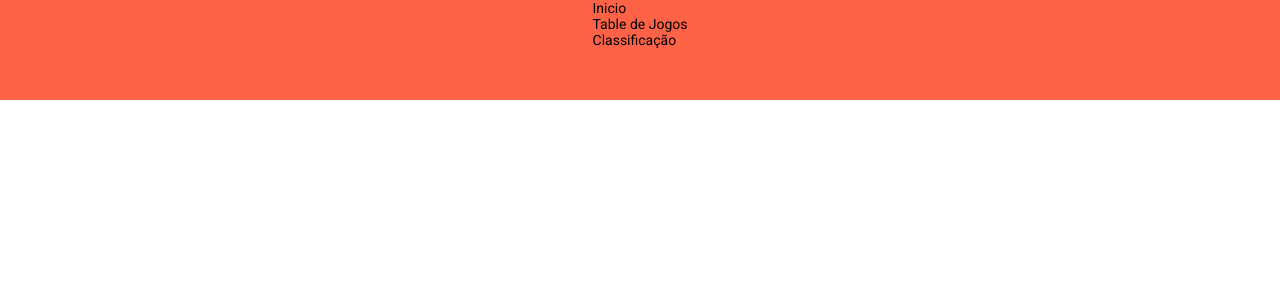
Repository: mayconndouglass/cup-simulator
Page: initial_page.html
These files come from the project's save history. The page is drawn as it stood at one moment and after the next save; the edit follows.
The browser window is 1280 px wide. The pictures show the whole page.

Above is the page before, as saved 2023-01-04 10:50:29.

### initial_page.html
<!DOCTYPE html>
<html lang="pt-br">

<head>
  <meta charset="UTF-8">
  <meta http-equiv="X-UA-Compatible" content="IE=edge">
  <meta name="viewport" content="width=device-width, initial-scale=1.0">
  <link rel="stylesheet" href="./css/initial_page.css">
  <title>Simulador Da Copa</title>
</head>

<body>
  <header>
    <nav>
      <ol>
        <li>Inicio</li>
        <li>Table de Jogos</li>
        <li>Classificação</li>
      </ol>
    </nav>
  </header>
  <main>
  </main>
</body>

</html>

### css/initial_page.css
@import url('https://fonts.googleapis.com/css2?family=Poppins:wght@200;300;400;500&family=Roboto:wght@300;400;500&display=swap');

* {
  padding: 0;
  margin: 0;
  box-sizing: border-box;
  list-style: none;
}

body {
  max-width: 1400px;
  margin: 0 auto;
}

header {
  display: flex;
  justify-content: center;
  flex-direction: row;
  width: 100%;
  height: 100px;
  background-color: tomato;
  font-family: 'Roboto', sans-serif;
  font-weight: 400;
  font-size: 14px;
}

After the next save:
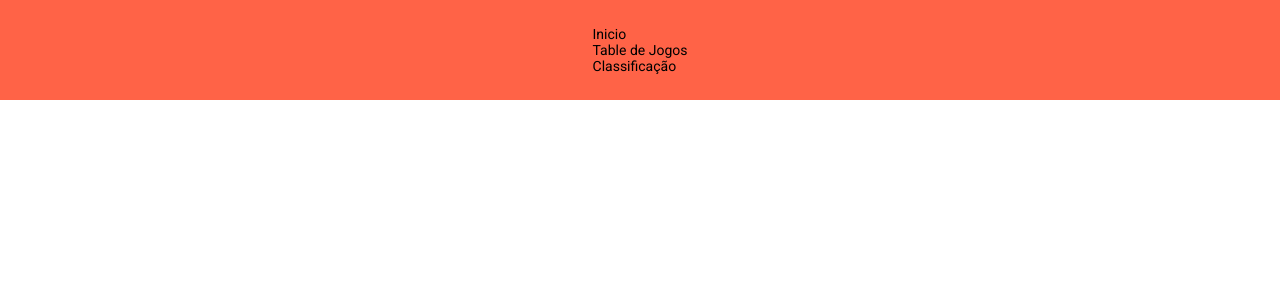
Saved 8 s later.
--- a/css/initial_page.css
+++ b/css/initial_page.css
@@ -15,7 +15,7 @@
 header {
   display: flex;
   justify-content: center;
-  flex-direction: row;
+  align-items: center;
   width: 100%;
   height: 100px;
   background-color: tomato;
